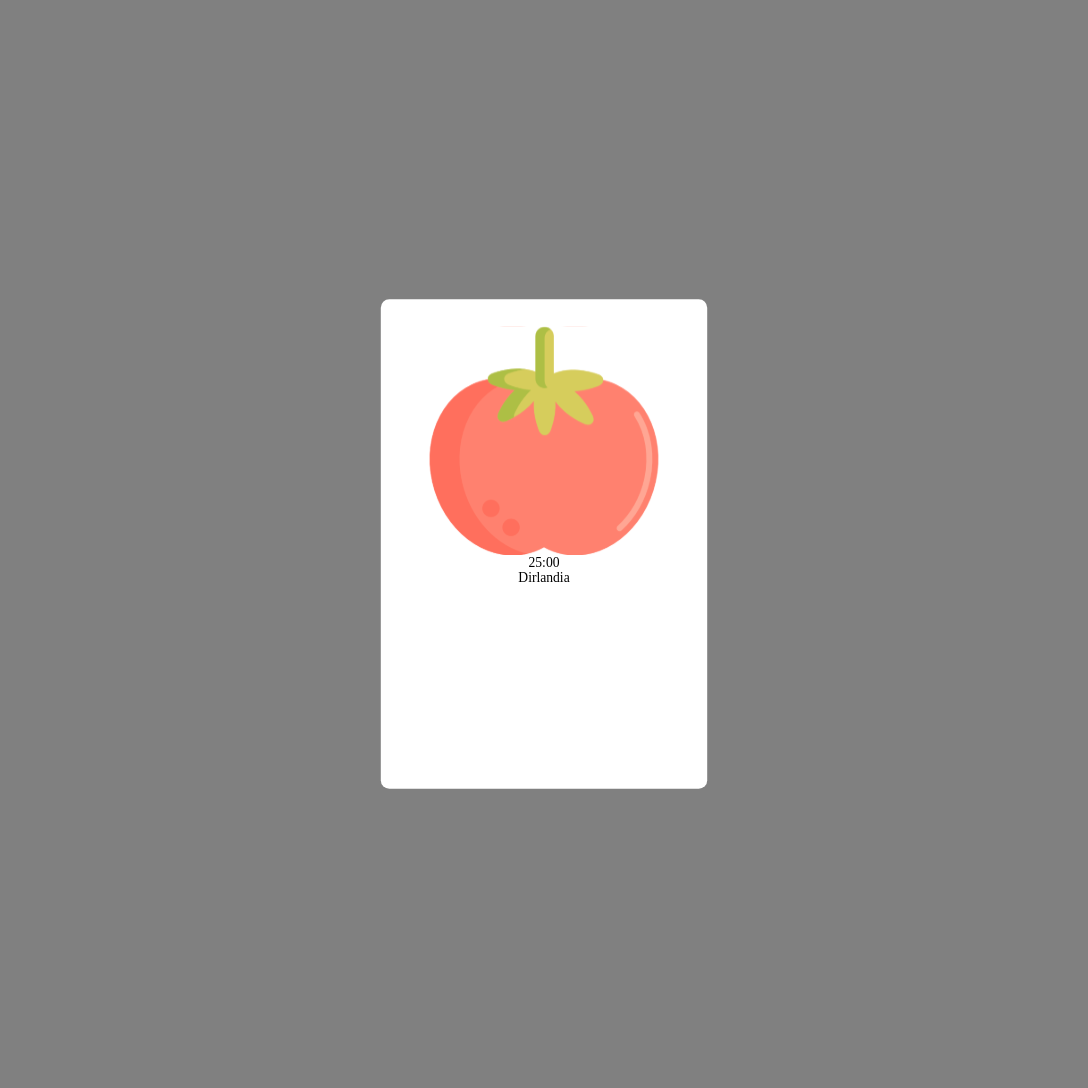
Repository: Dirlandia404/pomodoro
Page: /
The author's editor kept a copy of each file at every save. The page is drawn from the files as they stood at one save, then again after the next save.
The browser window is 1280 px wide. The pictures show the whole page, at 85% of full size.
The project was rebuilt for these pictures with package versions that can differ from the ones it lists, and the page was loaded fresh each time.

Above is the page before, as saved 2021-11-24 23:29:20.

### public/index.html
<!DOCTYPE html>
<html lang="en">

<head>
  <meta charset="utf-8" />
  <link rel="icon" href="%PUBLIC_URL%/image 1.png" />
  <meta name="viewport" content="width=device-width, initial-scale=1" />
  <meta name="theme-color" content="#000000" />
  <meta name="description" content="Web site created using create-react-app" />
  <link rel="apple-touch-icon" href="%PUBLIC_URL%/logo192.png" />
  <!--
      manifest.json provides metadata used when your web app is installed on a
      user's mobile device or desktop. See https://developers.google.com/web/fundamentals/web-app-manifest/
    -->
  <link rel="manifest" href="%PUBLIC_URL%/manifest.json" />
  <!--
      Notice the use of %PUBLIC_URL% in the tags above.
      It will be replaced with the URL of the `public` folder during the build.
      Only files inside the `public` folder can be referenced from the HTML.

      Unlike "/favicon.ico" or "favicon.ico", "%PUBLIC_URL%/favicon.ico" will
      work correctly both with client-side routing and a non-root public URL.
      Learn how to configure a non-root public URL by running `npm run build`.
    -->
  <title>Pomodoro Clock</title>
</head>

<body>
  <noscript>You need to enable JavaScript to run this app.</noscript>
  <div id="root"></div>
  <!--
      This HTML file is a template.
      If you open it directly in the browser, you will see an empty page.

      You can add webfonts, meta tags, or analytics to this file.
      The build step will place the bundled scripts into the <body> tag.

      To begin the development, run `npm start` or `yarn start`.
      To create a production bundle, use `npm run build` or `yarn build`.
    -->
</body>

</html>

### src/index.jsx
import React from "react";
import ReactDOM from "react-dom";
import Clock from "./componentes/Primeiro";

function App() {
    const  tempo ={time:25};

    return(
        <div className="App">
            <Clock trabalho={tempo} />
        </div>
    );
}
ReactDOM.render(
    <App />,
    document.getElementById("root")
)

### src/componentes/Primeiro.jsx
import { useEffect, useState } from "react";
import "./componente.css";

function Clock(props){
  const [time, setTime] = useState(25);

    const tick = () =>{
        if(time === 0){
            reset();
        }else{
            setTime([time -1]);
        }
    }
    const reset = () => setTime(parseInt(time));

    useEffect(() =>{
        const timerId = setInterval(() => tick, 60);
        return () => clearInterval(timerId)
    })
    return (
        <main>
            <form action="">
                <img src="/tomato.svg" alt="Tomate" />
                <p class="time">25:00</p>
            </form>
           <p >Dirlandia</p>
        </main>
    );
}

export default Clock

### src/componentes/componente.css
*{
    margin: 0;
    border: 0;
    padding: 0;
}
body{
    background-color: grey;
    min-width: 100vw;
    min-height: 100vw;
    display: flex;

    text-align: center;
    align-items: center;
    justify-content: center;
}
main {
    background-color: white;
    min-width: 320px;
    min-height: 40vw;

    justify-content: center;

    padding: 2rem;
    border-radius: 10px;

}

form{
    display: flex;
    flex-direction: column;
}
img{
    width: 100%;
}
time {
    background-color: aqua;
    height: 80px;
}

After the next save:
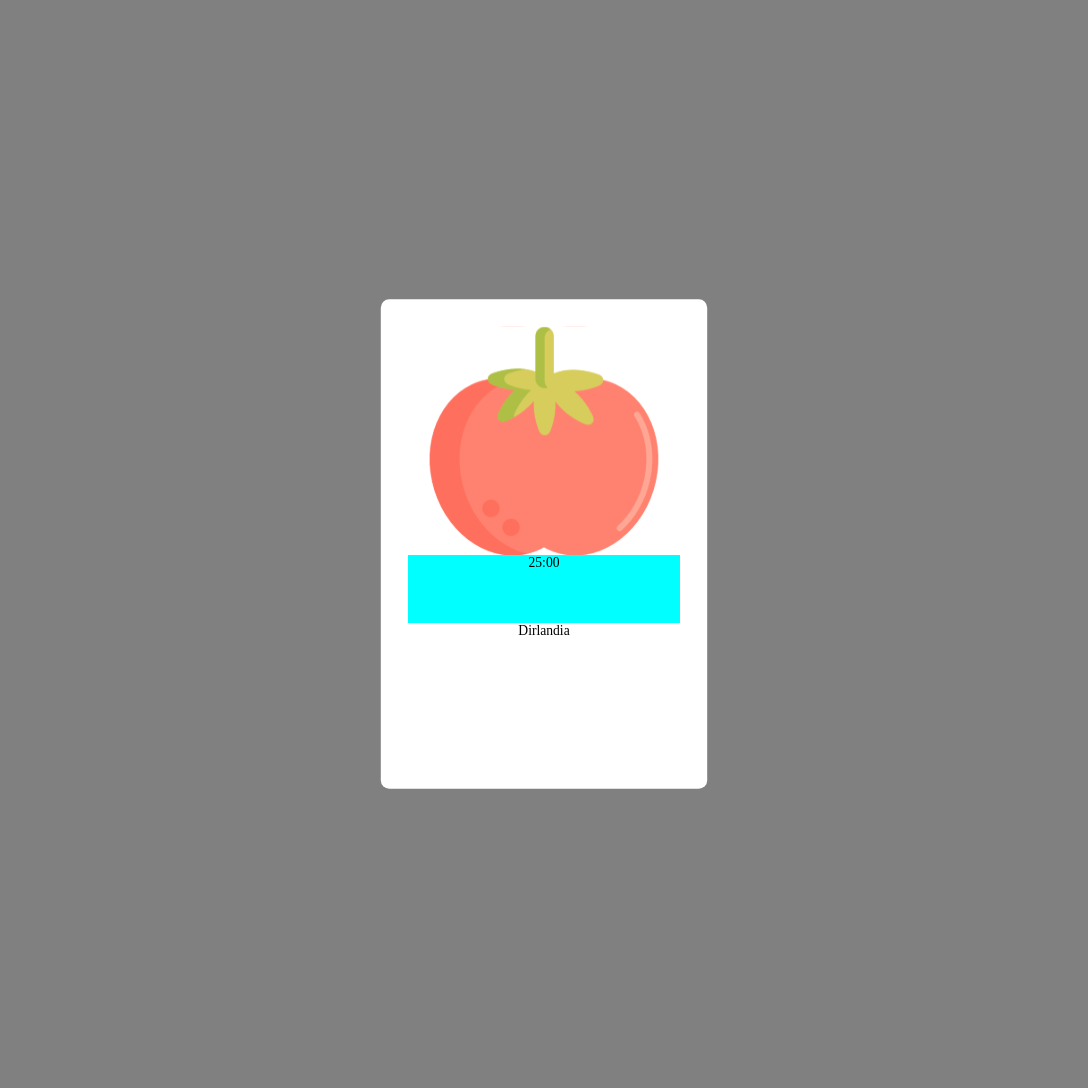
Saved 29 s later.
--- a/src/componentes/componente.css
+++ b/src/componentes/componente.css
@@ -32,7 +32,7 @@ form{
 img{
     width: 100%;
 }
-time {
+p.time {
     background-color: aqua;
     height: 80px;
 }
